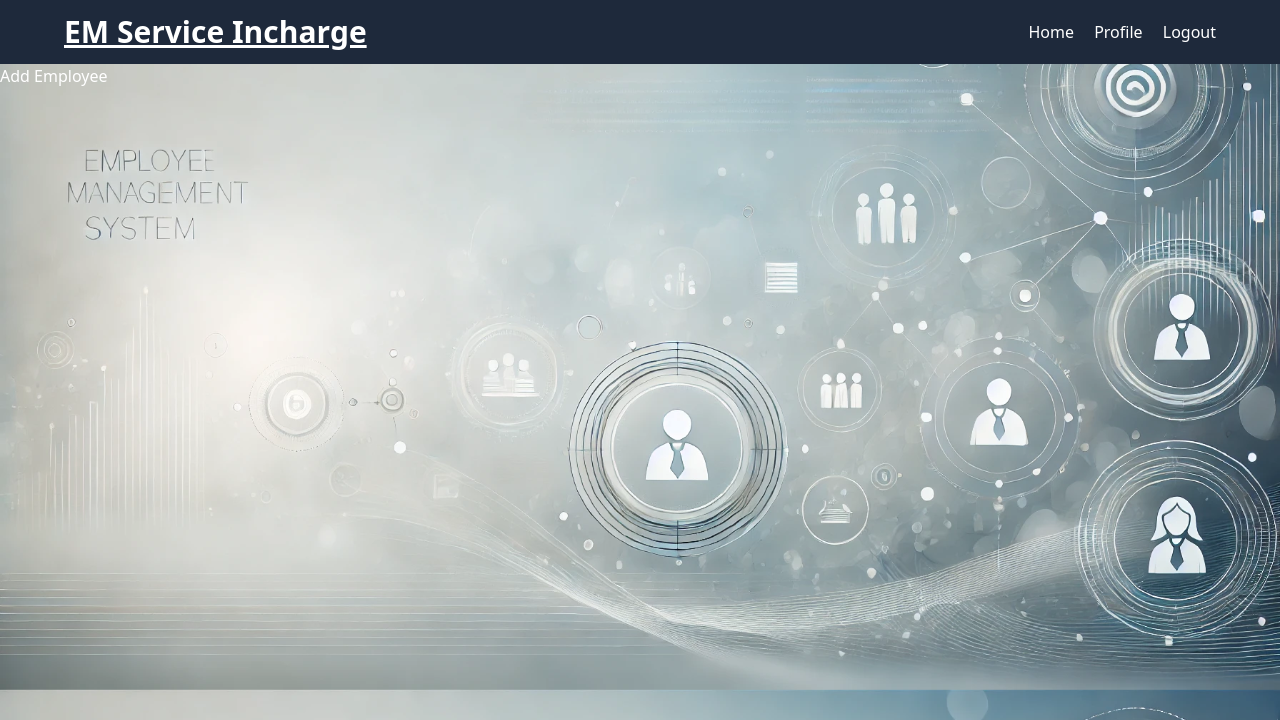
Repository: Vaibhav979/EmployeeManagement-Spring
Page: / (app in em-project-view/)
The author's editor kept a copy of each file at every save. The page is drawn from the files as they stood at one save, then again after a run of saves.
The browser window is 1280 px wide. The pictures show the whole page.
The project was rebuilt for these pictures with package versions that can differ from the ones it lists, and the page was loaded fresh each time. Also part of the build but not shown: em-project-view/vite.config.js.

Above is the page before, as saved 2025-01-02 22:38:52.

### em-project-view/src/App.jsx
import { useState } from "react";
import "./App.css";

function App() {
  return (
    <>
      <div className="bg-slate-800 flex h-16 px-16 items-center">
        <h1 className="text-3xl font-bold underline">EM Service Incharge</h1>
        <div className="space-x-4 ml-auto">
          <a className="hover:text-blue-400" href="/">
            {" "}
            Home{" "}
          </a>
          <a className="hover:text-blue-400" href="/">
            {" "}
            Profile{" "}
          </a>
          <a className="hover:text-blue-400" href="/">
            {" "}
            Logout
          </a>
        </div>
      </div>

      <div>
        <button className="">Add Employee</button>
      </div>
    </>
  );
}

export default App;

### em-project-view/src/App.css
/* #root {
  max-width: 1280px;
  margin: 0 auto;
  padding: 2rem;
  text-align: center;
} */

.App {
  text-align: left;
}

body {
  background-image: url(./assets/image.png);
  background-size: cover;
  background-position: center;
  color: #ffffff;
  height: 90vh;
}

Loaded but not shown: em-project-view/index.html (common file); em-project-view/src/main.jsx (common file); em-project-view/src/index.css (common file); em-project-view/tailwind.config.js (common file)

After the next 3 saves:
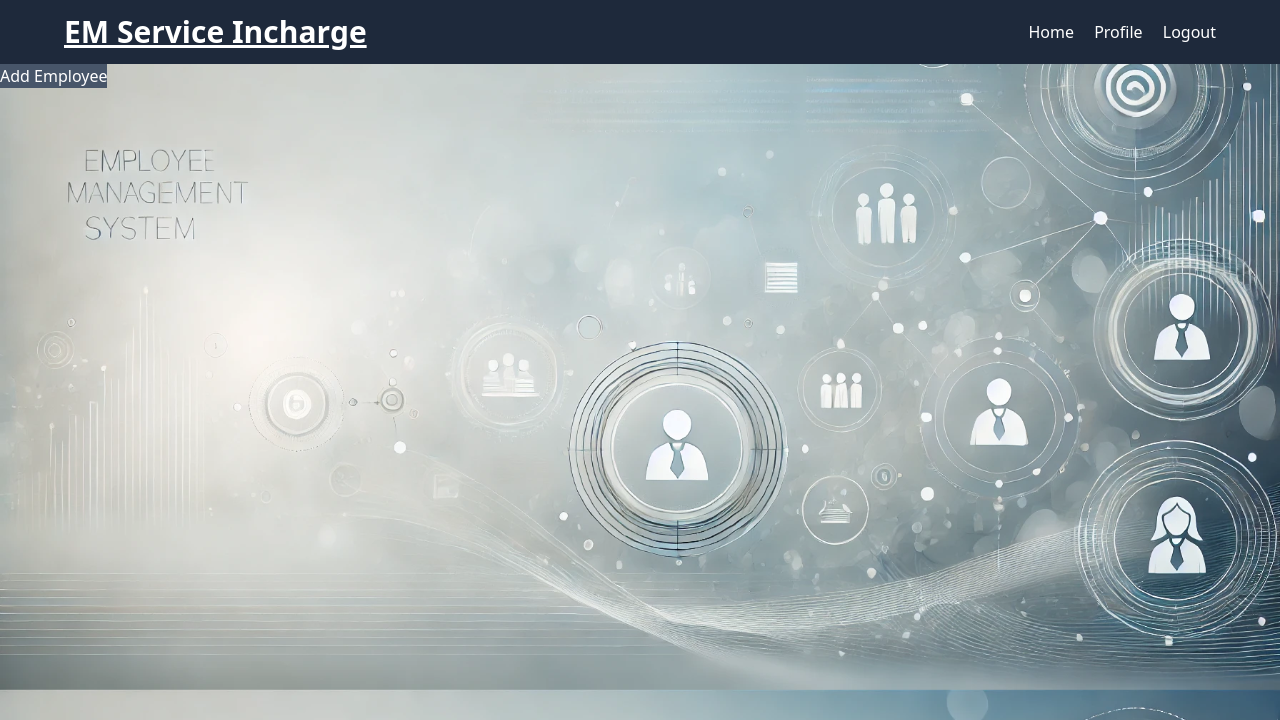
The 3 saves are shown as one change because they came seconds apart.
The last was saved 12 s later.
--- a/em-project-view/src/App.jsx
+++ b/em-project-view/src/App.jsx
@@ -23,7 +23,7 @@ function App() {
       </div>
 
       <div>
-        <button className="">Add Employee</button>
+        <button className="bg-slate-600 hover:bg-blue">Add Employee</button>
       </div>
     </>
   );
